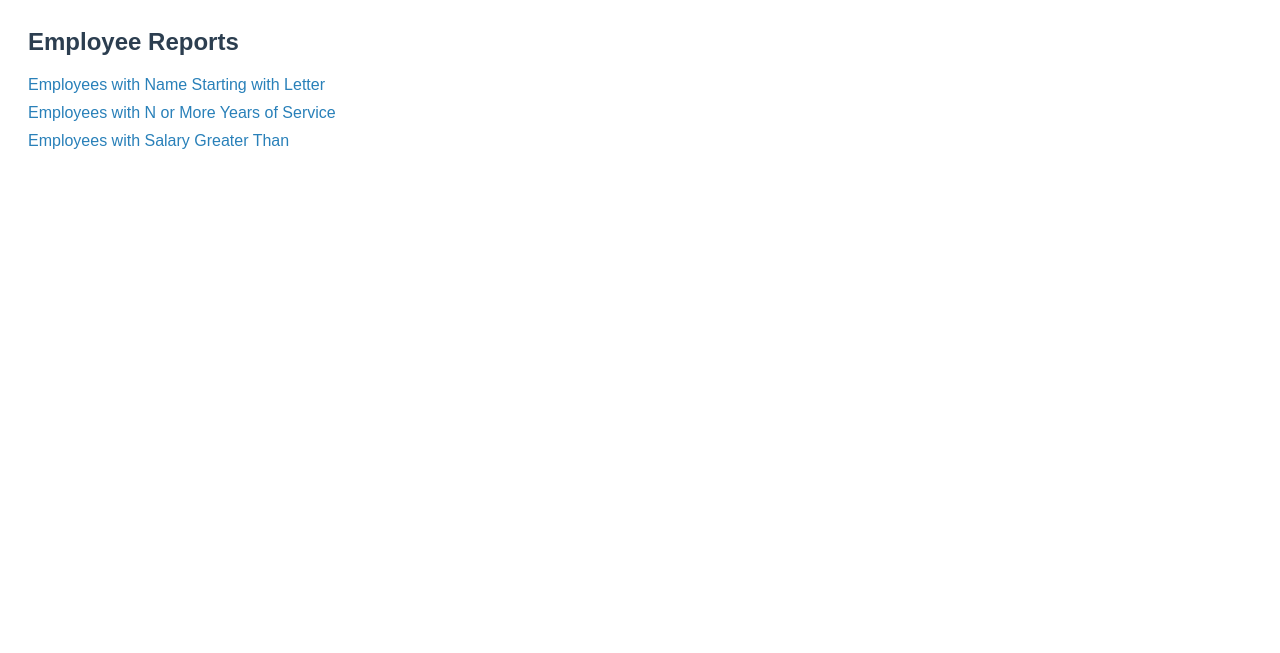
Repository: sweekrithishetty28/Employee_Salary_Management
Page: http://localhost/EmployeeWebApp/reports.jsp
An editor plug-in stored every save of this project. The page is shown before and after the next save, followed by the edit.
The browser window is 1280 px wide. The pictures show the whole page.
The page is served by Tomcat 9.

Above is the page before, as saved 2025-05-27 15:29:38.

After the next save:
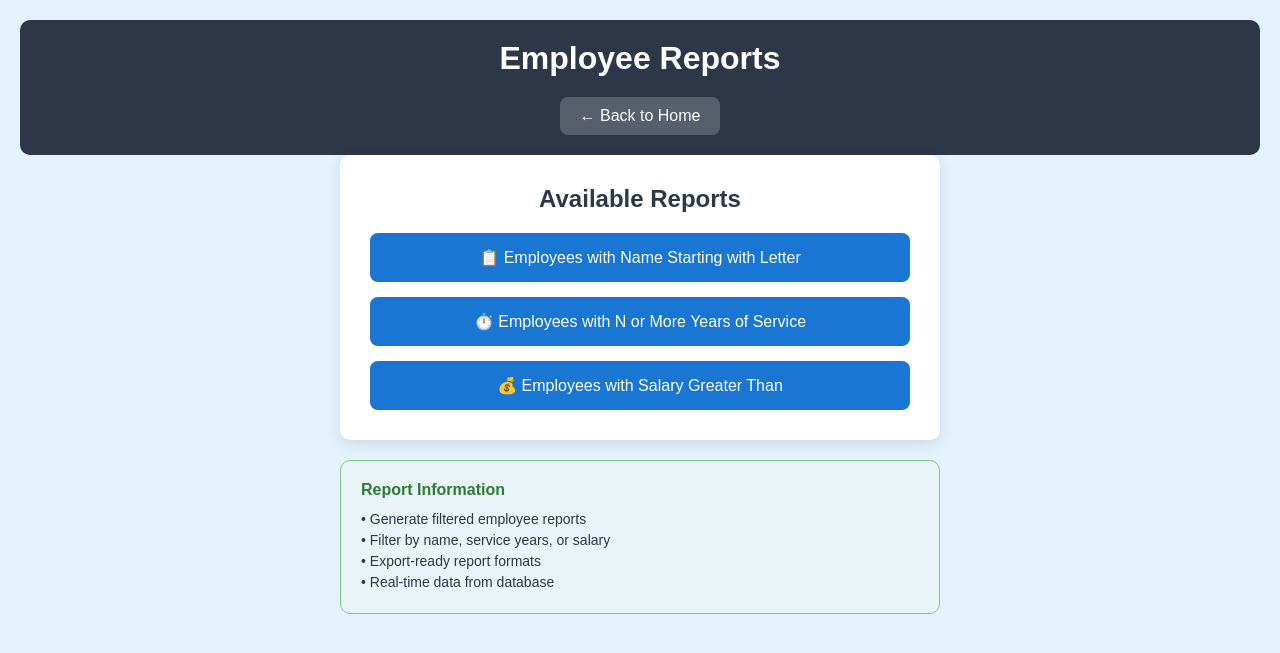
Saved 5 min 12 s later.
--- a/Employee Salary Mangement/EmployeeWebApp/src/main/webapp/reports.jsp
+++ b/Employee Salary Mangement/EmployeeWebApp/src/main/webapp/reports.jsp
@@ -1,18 +1,125 @@
 <%@ page contentType="text/html;charset=UTF-8" language="java" %>
 <html>
 <head>
-    <title>Reports</title>
-    <style>
-        body { font-family: Arial; padding: 20px; }
-        h2 { color: #2c3e50; }
-        a { display: block; margin: 10px 0; color: #2980b9; text-decoration: none; }
-        a:hover { text-decoration: underline; }
-    </style>
+<meta charset="UTF-8">
+<title>Employee Reports</title>
+<style>
+* { margin: 0; padding: 0; box-sizing: border-box; }
+body {
+    font-family: Arial, sans-serif;
+    background: #e3f2fd;
+    min-height: 100vh;
+    padding: 20px;
+}
+.container {
+    width: 100%;
+    max-width: 600px;
+    margin: 0 auto;
+    display: flex;
+    flex-direction: column;
+    gap: 20px;
+}
+.header {
+    background: #2d3748;
+    color: white;
+    padding: 20px;
+    border-radius: 10px;
+    text-align: center;
+}
+.reports-section {
+    background: white;
+    padding: 30px;
+    border-radius: 10px;
+    box-shadow: 0 4px 15px rgba(0,0,0,0.1);
+}
+h2 {
+    color: #2d3748;
+    margin-bottom: 20px;
+    text-align: center;
+}
+.report-link {
+    display: block;
+    background: #1976d2;
+    color: white;
+    text-decoration: none;
+    padding: 15px 20px;
+    margin-bottom: 15px;
+    border-radius: 8px;
+    transition: all 0.3s ease;
+    font-weight: 500;
+    text-align: center;
+}
+.report-link:hover {
+    background: #1565c0;
+    transform: translateY(-2px);
+    box-shadow: 0 4px 15px rgba(25, 118, 210, 0.4);
+}
+.report-link:last-child {
+    margin-bottom: 0;
+}
+.back-link {
+    display: inline-block;
+    color: white;
+    text-decoration: none;
+    background: rgba(255,255,255,0.2);
+    padding: 10px 20px;
+    border-radius: 8px;
+    margin-top: 20px;
+    transition: all 0.3s ease;
+    font-weight: 500;
+    text-align: center;
+}
+.back-link:hover {
+    background: rgba(255,255,255,0.3);
+    transform: translateX(-5px);
+}
+.info-card {
+    background: #e8f4f8;
+    border: 1px solid #81c784;
+    border-radius: 10px;
+    padding: 20px;
+}
+.info-card h4 {
+    color: #2e7d32;
+    margin-bottom: 10px;
+}
+.info-card p {
+    color: #2d3748;
+    font-size: 14px;
+    line-height: 1.5;
+}
+</style>
 </head>
 <body>
-    <h2>Employee Reports</h2>
-    <a href="report_form.jsp?action=NameFilter">Employees with Name Starting with Letter</a>
-    <a href="report_form.jsp?action=ServiceFilter">Employees with N or More Years of Service</a>
-    <a href="report_form.jsp?action=SalaryFilter">Employees with Salary Greater Than</a>
+    <div class="header">
+        <h1>Employee Reports</h1>
+        <a href="index.jsp" class="back-link">← Back to Home</a>
+    </div>
+
+    <div class="container">
+        <div class="reports-section">
+            <h2>Available Reports</h2>
+
+            <a href="report_form.jsp?action=NameFilter" class="report-link">
+                📋 Employees with Name Starting with Letter
+            </a>
+
+            <a href="report_form.jsp?action=ServiceFilter" class="report-link">
+                ⏱️ Employees with N or More Years of Service
+            </a>
+
+            <a href="report_form.jsp?action=SalaryFilter" class="report-link">
+                💰 Employees with Salary Greater Than
+            </a>
+        </div>
+
+        <div class="info-card">
+            <h4>Report Information</h4>
+            <p>• Generate filtered employee reports<br>
+            • Filter by name, service years, or salary<br>
+            • Export-ready report formats<br>
+            • Real-time data from database</p>
+        </div>
+    </div>
 </body>
 </html>
